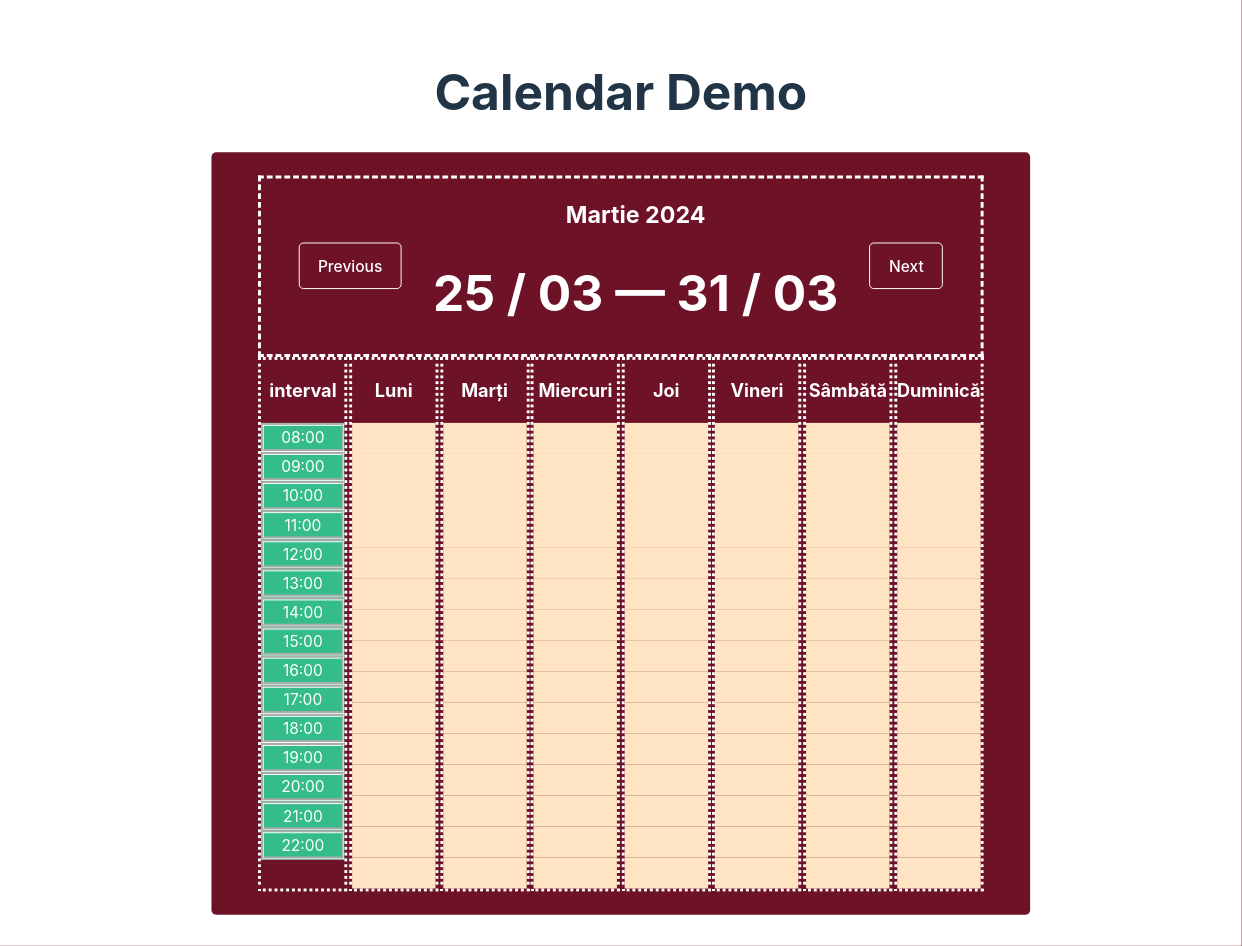
Repository: Maryie-B/weekly-calendar-scheduler
Page: /
An editor plug-in stored every save of this project. The page is shown before and after the next save, followed by the edit.
The browser window is 1280 px wide. The pictures show the whole page, at 97% of full size.
The project was rebuilt for these pictures with package versions that can differ from the ones it lists, and the page was loaded fresh each time. Also part of the build but not shown: vite.config.js.

Above is the page before, as saved 2024-03-26 16:06:51.

### src/App.jsx
import './App.css'
import CalendarHeader from './CalendarHeader'
import CalendarDays from './CalendarDays'

function App() {

  return (
    <>
      <h1>Calendar Demo</h1>
      <div className='calendar-wrapper'>

        <CalendarHeader />
        <CalendarDays />
      </div>
    </>
  )
}

export default App

### src/App.css
#root {
  max-width: 1280px;
  margin: 0 auto;
  padding: 2rem;
  text-align: center;
}

.calendar-wrapper {
  background-color: rgb(110, 18, 40);
  color: white;
  padding: 1.5rem 3rem;
  border-radius: 0.3rem;
}

.calendar-header {
  display: flex;
  flex-direction: row;
  border-color: white;
  border-style: dashed;
  align-items: center;
  justify-content: center;
}


.calendar-button {
  background-color: rgba(0, 0, 0, 0);
  height: 3rem;
  align-items: center;
  justify-content: center;
  border-color: white;
  border-radius: 0.3rem;
  color: white;
  font-size: 1rem;
  margin: 1rem;
}

.calendar-text {
  padding: 0rem 1rem;
}

.calendar-days-wrapper {
  display: grid;
  gap: 0.1rem;
  text-align: center;
  grid-template-columns: repeat(8, 1fr);
}

.days-header {
  border-color: white;
  border-style: dotted;
  min-height: 2rem;
}

.hour-intervals {
  background-color: rgb(52, 188, 138);
  border-color: white;
  border-style: groove;
}

.hour-intervals-empty {
  min-height: 2rem;
  background-color: bisque;
}

### src/CalendarHeader.jsx
import { useState, useEffect } from "react";

const CalendarHeader = () => {
  const [currentWeekStart, setCurrentWeekStart] = useState(() => {
      const now = new Date();
      const currentDay = now.getDay();
      const untilMonday = currentDay === 0 ? 6 : currentDay - 1;
      now.setDate(now.getDate() - untilMonday);
      return now;
  });

  const [currentWeekEnd, setCurrentWeekEnd] = useState(() => {
    const end = new Date(currentWeekStart);
    end.setDate(currentWeekStart.getDate() + 6);
    return end;
  });

  useEffect(() => {
    const end = new Date(currentWeekStart);
    end.setDate(currentWeekStart.getDate() + 6);
    console.log(end, '- from useEffect');
    setCurrentWeekEnd(end);
  }, [currentWeekStart]);

  const handleGoToPreviousWeek = () => {
    setCurrentWeekStart((prevDate) => {
        const newDate = new Date(prevDate);
        newDate.setDate(newDate.getDate() - 7);
        console.log(newDate, '-- from handleGoToPrevWeek');
        return newDate;
    });
  };

  const handleGoToNextWeek = () => {
    setCurrentWeekStart((prevDate) => {
        const newDate = new Date(prevDate);
        newDate.setDate(newDate.getDate() + 7);
        console.log(newDate, '-from handle NEXTdate');
        return newDate;
    });
  };

  const startMonth = currentWeekStart.getMonth();
  const endMonth = currentWeekEnd.getMonth();
  const startYear = currentWeekStart.getFullYear();
  const endYear = currentWeekEnd.getFullYear();

  const monthsNames = ['Ianuarie', 'Februarie', 'Martie', 'Aprilie',
                        'Mai', 'Iunie', 'Iulie', 'August', 'Septembrie', 'Octombrie', 'Noiembrie', 'Decembrie'];

  let calendarHeader = `${monthsNames[startMonth]} ${startYear}`;
  if (startMonth !== endMonth || startYear !== endYear) {
    calendarHeader += ` — ${monthsNames[endMonth]} ${endYear} `
  }

  let weekStartMonthNumber = currentWeekStart.getMonth() + 1;
  let weekEndMonthNumber = currentWeekEnd.getMonth() + 1;

  weekStartMonthNumber = weekStartMonthNumber < 10 ? `0${weekStartMonthNumber}` : weekStartMonthNumber;
  weekEndMonthNumber = weekEndMonthNumber < 10 ? `0${weekEndMonthNumber}` : weekEndMonthNumber;

  const datesRange = `${currentWeekStart.getDate()} / ${weekStartMonthNumber} — ${currentWeekEnd.getDate()} / ${weekEndMonthNumber}`;

  return (
    <div className="calendar-header">
        <button className='calendar-button' onClick={handleGoToPreviousWeek}>Previous</button>
        <div className="calendar-text">
        <h2>{calendarHeader}</h2>
        <h1>{datesRange}</h1>
        </div>
        <button className='calendar-button' onClick={handleGoToNextWeek}>Next</button>
    </div>
  )
}

export default CalendarHeader;

### src/CalendarDays.jsx
import { useState } from "react"

const CalendarDays = () => {
  const weekDays = ['interval ', 'Luni', 'Marți', 'Miercuri', 'Joi', 'Vineri', 'Sâmbătă', 'Duminică']

  const hours = [];
  for (let i = 8; i <= 22; i++) {
    hours.push(i);
  }

  const handleIntervalClick = (e) => {
    console.log(e.target, 'This interval has been clicked!');
  };

  return (
    <div className="calendar-days-wrapper">
      {weekDays.map((day, index) => {
        return (

        index === 0 ?
        <div className="days-header" key={index}>
           <h3>{day}</h3>
           {hours.map((hour, index) => {
               return (
                   <div className="hour-intervals" key={hour}>{hour < 10 ? `0${hour}:00` : `${hour}:00`}</div>
               )
           })}
        </div>
        :
        <div className="days-header" key={index}>
        <h3>{day}</h3>
        {hours.map((hour, index) => {
            return (
                <div className="hour-intervals-empty" key={hour} onClick={handleIntervalClick}> </div>
            )
        })}
        </div>
        )
      })}
    </div>
  )
}

export default CalendarDays

Loaded but not shown: index.html (common file); src/main.jsx (common file); src/index.css (common file)

After the next save:
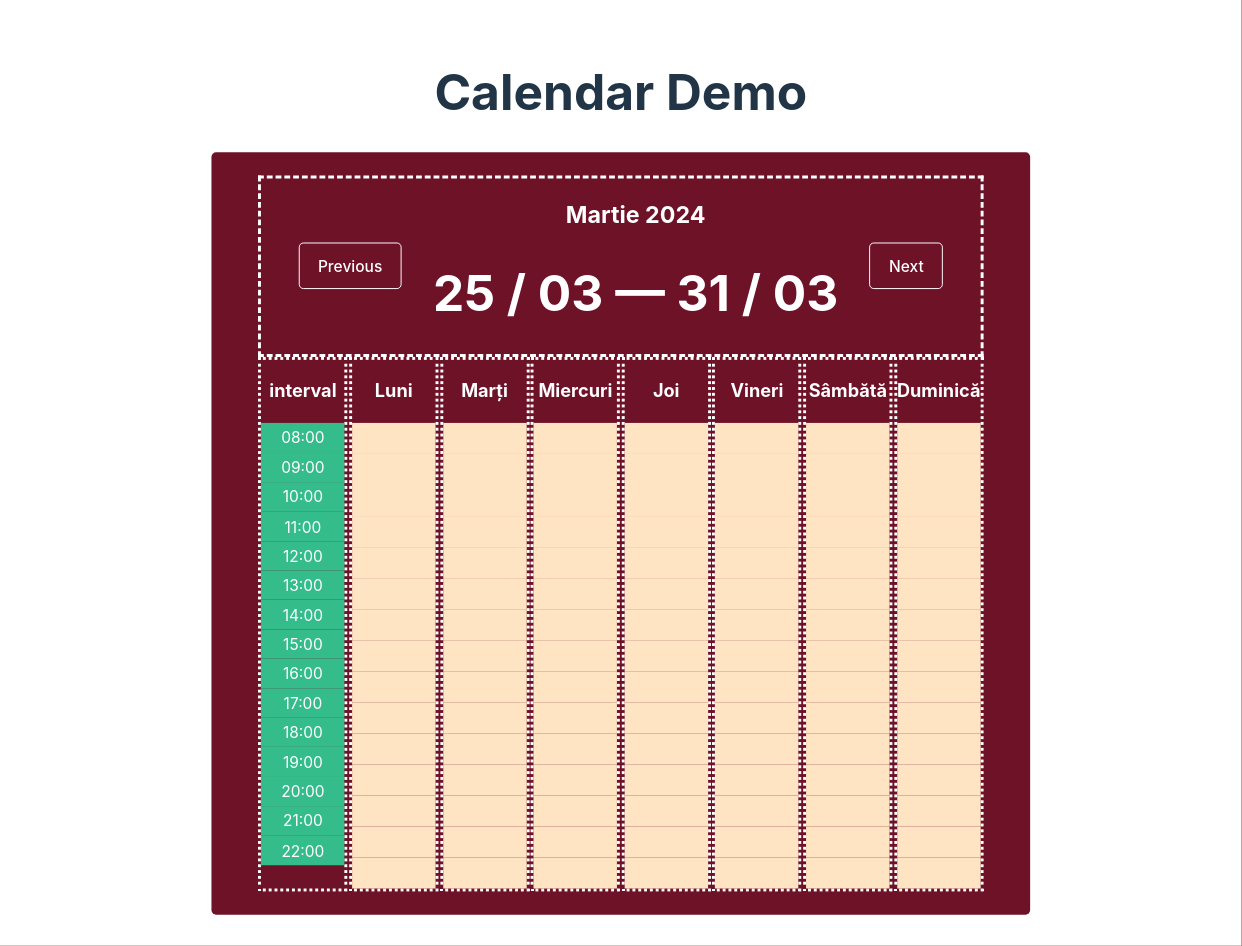
Saved 14 s later.
--- a/src/App.css
+++ b/src/App.css
@@ -53,8 +53,7 @@
 
 .hour-intervals {
   background-color: rgb(52, 188, 138);
-  border-color: white;
-  border-style: groove;
+  padding: 0.2rem;
 }
 
 .hour-intervals-empty {
